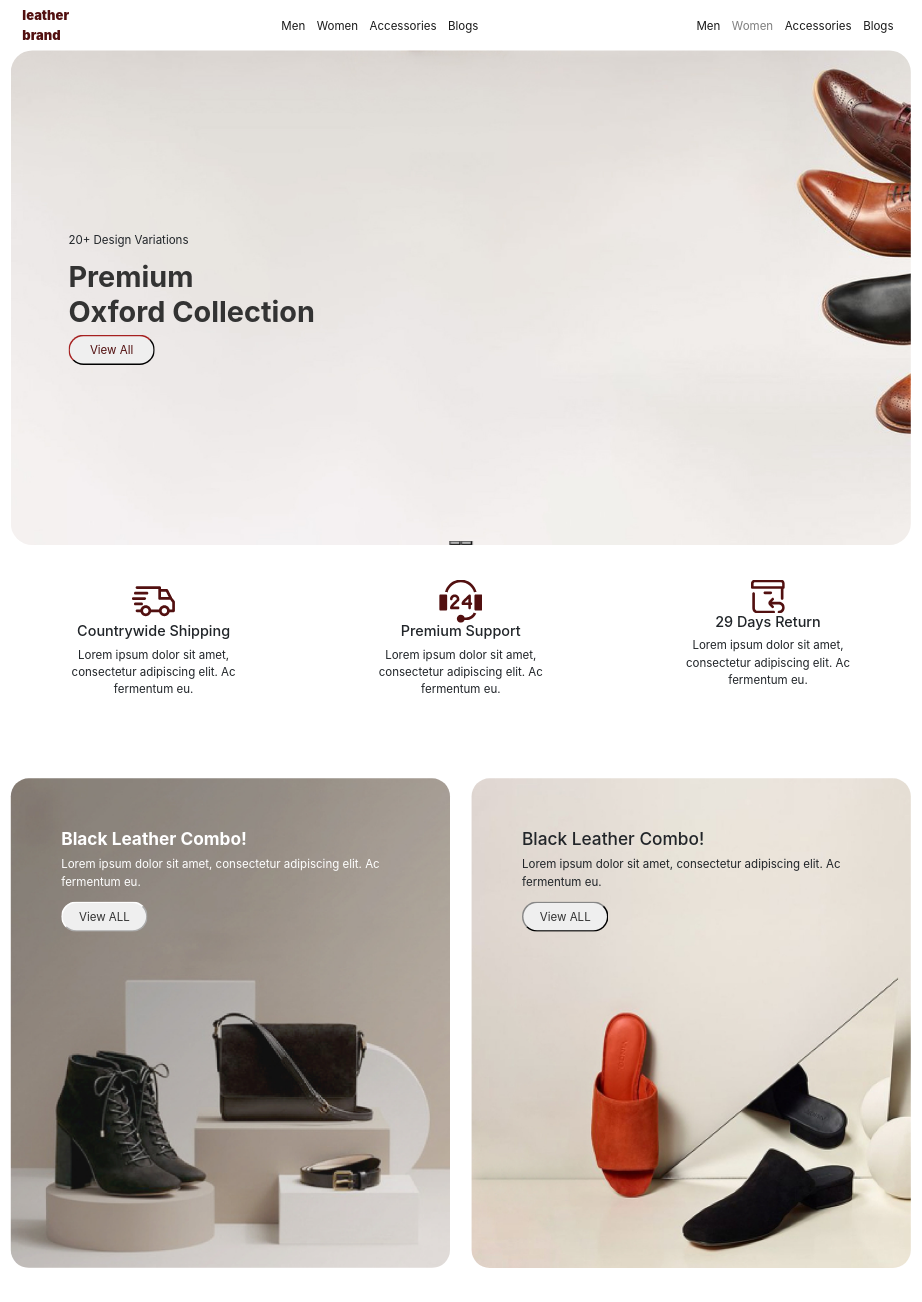
Repository: arif286/fashion-house
Page: /
An editor plug-in stored every save of this project. The page is shown before and after the next save, followed by the edit.
The browser window is 1280 px wide. The pictures show the whole page, at 72% of full size.
The project was rebuilt for these pictures with package versions that can differ from the ones it lists, and the page was loaded fresh each time. The framework's server and built-in components were replaced by stand-ins that run in the browser. Also part of the build but not shown: nuxt.config.js, components/Contact.vue, components/DisplayCollection.vue, components/Footer.vue, components/NuxtLogo.vue, components/Products.vue, components/Tutorial.vue.

Above is the page before, as saved 2021-07-12 05:35:00.

### components/Nav.vue
<template>
  <nav class="navbar container navbar-expand-lg navbar-light">
    <div class="container-fluid">
      <div class="nav-title">
        <span>leather</span>
        <br />
        <span>brand</span>
      </div>
      <button
        class="navbar-toggler"
        type="button"
        data-bs-toggle="collapse"
        data-bs-target="#navbarSupportedContent"
        aria-controls="navbarSupportedContent"
        aria-expanded="false"
        aria-label="Toggle navigation"
      >
        <span class="navbar-toggler-icon"></span>
      </button>
      <div id="navbarSupportedContent" class="collapse navbar-collapse">
        <div class="d-flex justify-content-center w-100">
          <ul class="navbar-nav mb-2 mb-lg-0">
            <li class="nav-item">
              <a class="nav-link active" aria-current="page" href="#">Men</a>
            </li>
            <li class="nav-item">
              <a class="nav-link active" href="#">Women</a>
            </li>
            <li class="nav-item">
              <a class="nav-link active" href="#"> Accessories </a>
            </li>
            <li class="nav-item">
              <a class="nav-link active" href="#">Blogs</a>
            </li>
          </ul>
        </div>
        <div class="ml-auto">
          <ul class="navbar-nav mb-2 mb-lg-0">
            <li class="nav-item">
              <a class="nav-link active" aria-current="page" href="#">Men</a>
            </li>
            <li class="nav-item">
              <a class="nav-link" href="#">Women</a>
            </li>
            <li class="nav-item">
              <a class="nav-link active" href="#"> Accessories </a>
            </li>
            <li class="nav-item">
              <a class="nav-link active" href="#">Blogs</a>
            </li>
          </ul>
        </div>
      </div>
    </div>
  </nav>
</template>

<script></script>
<style scoped>
.nav-title {
  color: #521010;
  font-weight: 900;
  font-size: 18px;
}
.nav-title:hover {
  color: #521010;
  font-weight: bold;
}
.nav-item a {
  color: #000;
}
</style>

### components/NewCollection.vue
<template>
  <div class="container">
    <div class="row">
      <div
        v-for="item in collections"
        :key="item.id"
        class="col-md-6 col-12 mb-5"
      >
        <div class="card-content" :class="item.class">
          <div class="card-body">
            <h4>{{ item.title }}</h4>
            <p>{{ item.text }}</p>
            <button>View ALL</button>
          </div>
        </div>
      </div>
    </div>
  </div>
</template>
<script>
export default {
  props: {
    collections: {
      type: Array,
      required: true,
    },
  },
}
</script>
<style>
.newArrival {
  background-image: url('@/assets/Images/newarrivals1.png');
}
.promo {
  background-image: url('@/assets/Images/promo.png');
}
.card-content {
  background-repeat: no-repeat;
  background-size: cover;
  height: 680px;
  border-radius: 25px;
}
.card-body {
  padding: 70px;
}
.card-body button {
  border-radius: 30px;
  width: 120px;
  padding: 7px 15px;
  border-color: #333333;
  color: #333333;
  background-color: none;
}
.newArrival h4 {
  color: white;
  font-weight: 700;
}
.newArrival p {
  color: white;
}
.newArrival button {
  border-color: white;
}
</style>

### components/Service.vue
<template>
  <div class="container mb-5">
    <div class="row">
      <div
        v-for="service in services"
        :key="service.id"
        class="col-md-4 col-12 mb-5"
      >
        <div class="d-flex justify-content-center">
          <div class="service-box text-center">
            <img :src="require(`@/assets/Images/${service.image}`)" alt="" />
            <h5>{{ service.title }}</h5>
            <p>{{ service.text }}</p>
          </div>
        </div>
      </div>
    </div>
  </div>
</template>

<script>
export default {
  props: {
    services: { type: Array, required: true },
  },
}
</script>
<style>
.service-box {
  width: 250px;
}
</style>

### components/Slider.vue
<template>
  <div class="container mb-5">
    <div
      id="carouselExampleIndicators"
      class="carousel slide"
      data-bs-ride="carousel"
    >
      <div class="carousel-indicators">
        <button
          type="button"
          data-bs-target="#carouselExampleIndicators"
          data-bs-slide-to="0"
          class="active"
          aria-current="true"
          aria-label="Slide 1"
        ></button>
        <button
          type="button"
          data-bs-target="#carouselExampleIndicators"
          data-bs-slide-to="1"
          aria-label="Slide 2"
        ></button>
      </div>
      <div class="carousel-inner">
        <div class="carousel-item active d-flex align-items-center">
          <div class="slider-content">
            <p>20+ Design Variations</p>
            <h1>
              Premium
              <br />
              Oxford Collection
            </h1>
            <button>View All</button>
          </div>
        </div>
        <div class="carousel-item">
          <div class="slider-content">
            <p>20+ Design Variations</p>
            <h1>
              Premium
              <br />
              Oxford Collection
            </h1>
            <button>View All</button>
          </div>
        </div>
      </div>
    </div>
  </div>
</template>

<script></script>
<style>
.carousel-item {
  background-image: url('@/assets/Images/hero1.png');
  background-repeat: no-repeat;
  width: 100%;
  background-size: cover;
  height: 687px;
  border-radius: 30px;
}
.slider-content {
  margin-left: 80px;
}
.slider-content h1 {
  color: #333333;
  font-weight: 700;
}
.slider-content button {
  border-radius: 30px;
  width: 120px;
  padding: 7px 15px;
  border-color: #521010;
  color: #521010;
}
</style>

### pages/index.vue
<template>
  <div>
    <Nav />
    <Slider />
    <Service :services="serviceData" />
    <NewCollection :collections="collections" />
  </div>
</template>

<script>
import { serviceData, newCollectionData } from '@/assets/data.js'
export default {
  data() {
    return {
      serviceData,
      collections: newCollectionData,
    }
  },
}
</script>
<style>
@import url('https://fonts.googleapis.com/css2?family=Roboto:ital,wght@0,100;0,300;0,400;0,500;0,700;0,900;1,100;1,300;1,400;1,500;1,700;1,900&display=swap');

.body {
  font-family: 'Roboto', sans-serif;
}
.container {
  max-width: 1780px;
}
</style>

### assets/data.js
export const serviceData = [
  {
    id: 1,
    image: 'delivery.svg',
    title: 'Countrywide Shipping',
    text: 'Lorem ipsum dolor sit amet, consectetur adipiscing elit. Ac fermentum eu.',
  },
  {
    id: 2,
    image: 'call-center.svg',
    title: 'Premium Support',
    text: 'Lorem ipsum dolor sit amet, consectetur adipiscing elit. Ac fermentum eu.',
  },
  {
    id: 3,
    image: 'return.svg',
    title: '29 Days Return',
    text: 'Lorem ipsum dolor sit amet, consectetur adipiscing elit. Ac fermentum eu.'
  }
]

export const newCollectionData = [
  {
    id: 2,
    class: 'newArrival',
    title: 'Black Leather Combo!',
    text: 'Lorem ipsum dolor sit amet, consectetur adipiscing elit. Ac fermentum eu.',
  },
  {
    id: 3,
    class: 'promo',
    title: 'Black Leather Combo!',
    text: 'Lorem ipsum dolor sit amet, consectetur adipiscing elit. Ac fermentum eu.',
  }
]

After the next save:
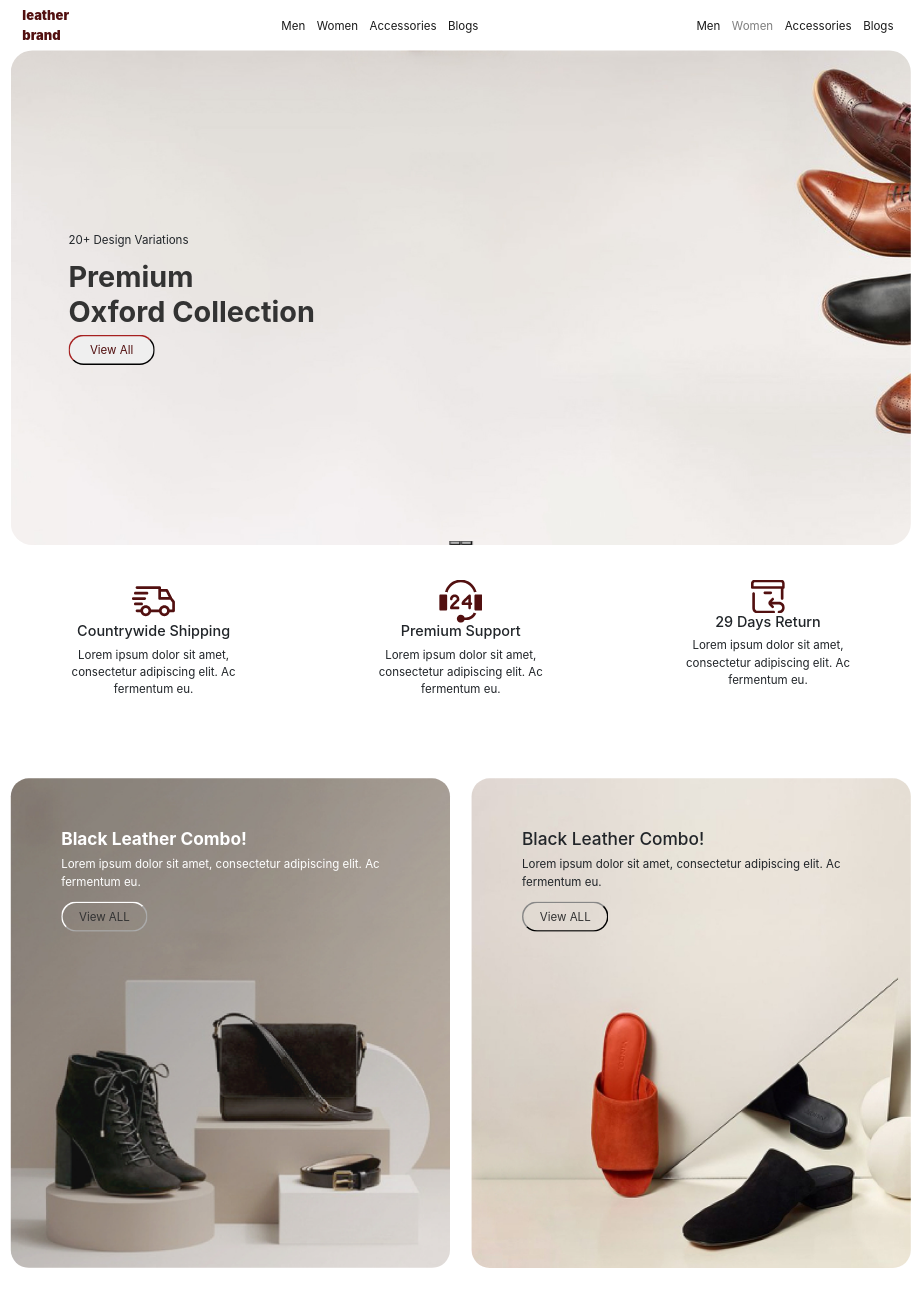
Saved 6 s later.
--- a/components/NewCollection.vue
+++ b/components/NewCollection.vue
@@ -49,7 +49,7 @@ export default {
   padding: 7px 15px;
   border-color: #333333;
   color: #333333;
-  background-color: none;
+  background: none;
 }
 .newArrival h4 {
   color: white;
